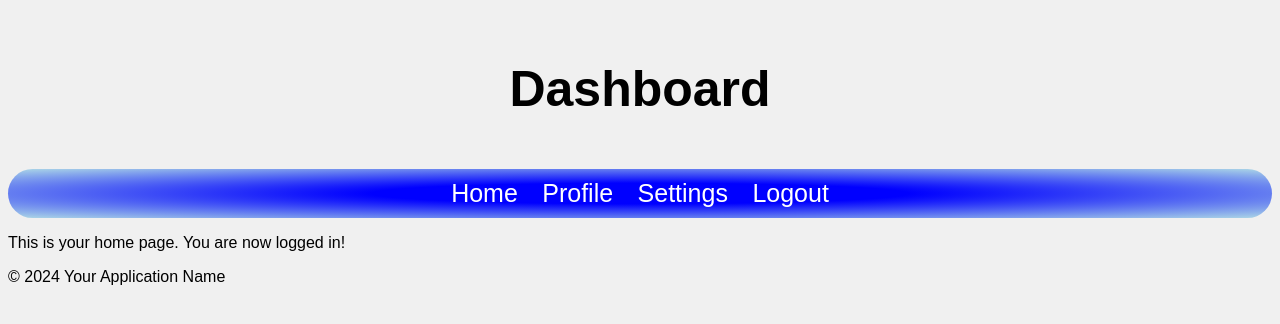
Repository: SriramulaNamithaReddy/Internship_projects
Page: http://localhost/home
An editor plug-in stored every save of this project. The page is shown before and after the next save, followed by the edit.
The browser window is 1280 px wide. The pictures show the whole page.
The page is this project's Thymeleaf template; nobody is signed in. The template is opened directly, without the code that normally fills it, so the values that code supplies are empty.

Above is the page before, as saved 2024-10-12 07:24:27.

### SecureUserAuthentication/src/main/resources/templates/home.html
<!DOCTYPE html>
<html xmlns:th="http://www.thymeleaf.org">
<head>
    <meta charset="UTF-8">
    <title>Home Page</title>
    <style>
        body { font-family: Arial, sans-serif; background-color: #f0f0f0; }
        .container { width: 400px; margin: 100px auto; padding: 20px; background: white; border-radius: 8px; text-align: center; box-shadow: 0 0 10px rgba(0, 0, 0, 0.1); }
        button { padding: 10px 20px; background: #4CAF50; color: white; border: none; cursor: pointer; }
        button:hover { background: #45a049; }
        a {
			text-decoration: none;
			color: rgb(255, 255, 255);
		}
        a:hover {
			color: aqua;

			}
        .navbar{
			text-align: center;
			background:radial-gradient(rgb(0, 0, 255) 30%,lightblue);
	        border-radius:60px;
	        padding:10px;
		}
		.dashboard{
			text-align: center;
			padding: 10px;
			border-radius: 40px;

		}
		h2{
			font-size:50px ;
		}
		.navlink{

			padding: 0px 10px 0px 10px;
			font-size: 25px;
		}
    </style>
</head>
<body>


    <nav>
		<div class="dashboard">
			<h2>Dashboard</h2>
		</div>
		<div class="navbar">
            <a class="navlink" th:href="@{/home}">Home</a>
            <a class="navlink" th:href="@{/profile}">Profile</a>
            <a class="navlink" th:href="@{/settings}">Settings</a>
            <a class="navlink" th:href="@{/logout}">Logout</a>
        </div>
    </nav>

    <main>

        <p>This is your home page. You are now logged in!</p>
    </main>

    <footer>
        <p>&copy; 2024 Your Application Name</p>
    </footer>
</body>
</html>

After the next save:
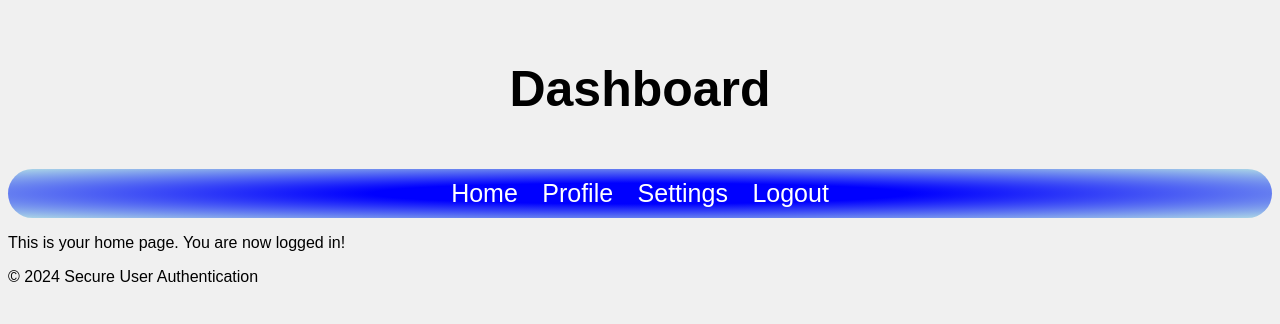
Saved 3 min 42 s later.
--- a/SecureUserAuthentication/src/main/resources/templates/home.html
+++ b/SecureUserAuthentication/src/main/resources/templates/home.html
@@ -59,7 +59,7 @@
     </main>
 
     <footer>
-        <p>&copy; 2024 Your Application Name</p>
+        <p>&copy; 2024 Secure User Authentication</p>
     </footer>
 </body>
 </html>
